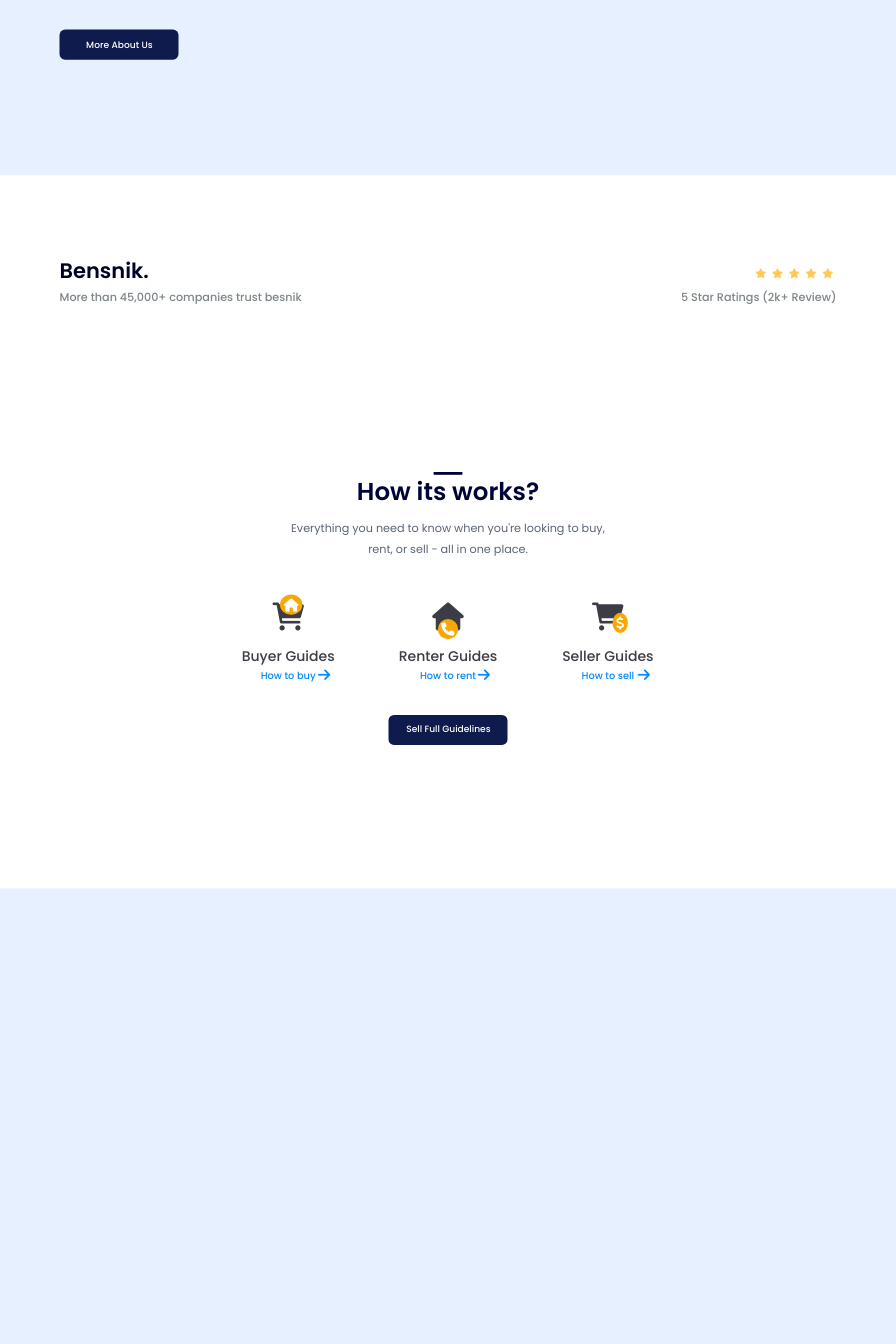
Repository: kauittt/f8-htmlcss-01
Page: index.html
An editor plug-in stored every save of this project. The page is shown before and after the next save, followed by the edit.
The browser window is 1280 px wide. The pictures show the part of the page from y = 486 to 2406 px (the page is 3771 px tall), at 70% of full size.

Above is the page before, as saved 2022-12-31 21:23:46.

### index.html
<!DOCTYPE html>
<html lang="en">
    <head>
        <meta charset="UTF-8" />
        <meta http-equiv="X-UA-Compatible" content="IE=edge" />
        <meta name="viewport" content="width=device-width, initial-scale=1.0" />
        <title>F8-PROJECT-01</title>
        <link rel="preconnect" href="https://cdnjs.cloudflare.com" />
        <link
            rel="stylesheet"
            href="https://cdnjs.cloudflare.com/ajax/libs/font-awesome/6.2.1/css/all.min.css"
        />
        <link rel="stylesheet" href="./assets/css/reset.css" />
        <link rel="stylesheet" href="./assets/fonts/stylesheet.css" />
        <link rel="stylesheet" href="./assets/css/styles.css" />
    </head>
    <body>
        <header id="header" class="colored">
            <div class="content">
                <div class="header-nav">
                    <p class="logo">Bensnik.</p>
                    <ul class="header-nav-list">
                        <li class="header-nav-list__item">Home</li>
                        <li class="header-nav-list__item">Features</li>
                        <li class="header-nav-list__item">Services</li>
                        <li class="header-nav-list__item">Resources</li>
                        <li class="header-nav-list__item">Contact</li>
                    </ul>

                    <div class="header-nav-account">
                        <p class="header-nav-account__general">Sign in</p>
                        <p class="header-nav-account__general btn">Sign up</p>
                    </div>
                </div>

                <div class="header-about">
                    <p class="header-about__welcome">
                        Welcome to Bensnik Agency
                    </p>
                    <h1 class="header-about__heading">
                        Discover a place you'll love to live
                    </h1>
                    <p class="header-about__desc">
                        Get the best real estate deals first, before they hit
                        the mass market! hot foreclosure deals with one simple
                        search
                    </p>
                    <p class="header-about__link btn">More About Us</p>
                </div>
            </div>
        </header>

        <div id="client">
            <div class="content">
                <div class="client-infor">
                    <p class="logo">Bensnik.</p>
                    <div class="client-infor-wrap">
                        <i class="fa-solid fa-star client-infor-wrap__item"></i>
                        <i class="fa-solid fa-star client-infor-wrap__item"></i>
                        <i class="fa-solid fa-star client-infor-wrap__item"></i>
                        <i class="fa-solid fa-star client-infor-wrap__item"></i>
                        <i class="fa-solid fa-star client-infor-wrap__item"></i>
                    </div>
                </div>
                <div class="client-infor">
                    <p class="client-infor__text">
                        More than 45,000+ companies trust besnik
                    </p>
                    <p class="client-infor__text">
                        5 Star Ratings (2k+ Review)
                    </p>
                </div>

                <div class="client-logo">
                    <img src="" alt="" />
                </div>
            </div>
        </div>

        <div id="desc">
            <div class="small-content desc-wrap">
                <div class="desc-heading">
                    <h2 class="desc-heading__title">How its works?</h2>
                    <p class="desc-heading__text">
                        Everything you need to know when you're looking to buy,
                        rent, or sell - all in one place.
                    </p>
                </div>

                <div class="desc-guide">
                    <div class="desc-guide-item">
                        <i
                            class="desc-guide-item__icon fa-solid fa-cart-shopping"
                        >
                        </i>
                        <i
                            class="desc-guide-item__childIcon desc-guide-item__childIcon--topCenter fa-solid fa-house"
                        ></i>
                        <p class="desc-guide-item__name">Buyer Guides</p>
                        <p class="desc-guide-item__instruc">
                            How to buy
                            <i
                                class="desc-guide-item__instruc__icon fa-solid fa-arrow-right"
                            ></i>
                        </p>
                    </div>
                    <div class="desc-guide-item">
                        <i
                            class="desc-guide-item__icon fa-solid fa-house"
                        ></i>
                        <i class="desc-guide-item__childIcon desc-guide-item__childIcon--bottomCenter fa-solid fa-phone"></i>
                        </i>
                        <p class="desc-guide-item__name">Renter Guides</p>
                        <p class="desc-guide-item__instruc">
                            How to rent
                            <i
                                class="desc-guide-item__instruc__icon fa-solid fa-arrow-right"
                            ></i>
                        </p>
                    </div>
                    <div class="desc-guide-item">
                        <i
                            class="desc-guide-item__icon fa-solid fa-cart-shopping"
                        >
                        </i>
                        <i class="desc-guide-item__childIcon item__childIcon--bottomRight fa-solid fa-dollar-sign"></i>

                        <p class="desc-guide-item__name">Seller Guides</p>
                        <p class="desc-guide-item__instruc">
                            How to sell
                            <i
                                class="desc-guide-item__instruc__icon fa-solid fa-arrow-right"
                            ></i>
                        </p>
                    </div>
                </div>

                <p class="desc__link btn">Sell Full Guidelines</p>
            </div>
        </div>

        <div id="feature" class="colored">
            <div class="content"></div>
        </div>

        <div id="news">
            <div class="content"></div>
        </div>

        <footer id="footer">
            <div class="content">
                <div class="nav"></div>
            </div>
        </footer>

        <script src="./assets/js/basic.js"></script>
    </body>
</html>

### assets/css/reset.css
html,
body,
div,
span,
applet,
object,
iframe,
h1,
h2,
h3,
h4,
h5,
h6,
p,
blockquote,
pre,
a,
abbr,
acronym,
address,
big,
cite,
code,
del,
dfn,
em,
img,
ins,
kbd,
q,
s,
samp,
small,
strike,
strong,
sub,
sup,
tt,
var,
b,
u,
i,
center,
dl,
dt,
dd,
ol,
ul,
li,
fieldset,
form,
label,
legend,
table,
caption,
tbody,
tfoot,
thead,
tr,
th,
td,
article,
aside,
canvas,
details,
embed,
figure,
figcaption,
footer,
header,
hgroup,
menu,
nav,
output,
ruby,
section,
summary,
time,
mark,
audio,
video {
    margin: 0;
    padding: 0;
    border: 0;
    font-size: 100%;
    font: inherit;
    vertical-align: baseline;
}
article,
aside,
details,
figcaption,
figure,
footer,
header,
hgroup,
menu,
nav,
section {
    display: block;
}
body {
    line-height: 1;
}
ol,
ul {
    list-style: none;
}
blockquote,
q {
    quotes: none;
}
blockquote:before,
blockquote:after,
q:before,
q:after {
    content: "";
    content: none;
}
table {
    border-collapse: collapse;
    border-spacing: 0;
}

### assets/fonts/stylesheet.css
@font-face {
    font-family: "Poppins";
    src: url("Poppins/Poppins-Bold.woff2") format("woff2"),
        url("Poppins/Poppins-Bold.woff") format("woff");
    font-weight: bold;
    font-style: normal;
    font-display: swap;
}

@font-face {
    font-family: "Poppins";
    src: url("Poppins/Poppins-Black.woff2") format("woff2"),
        url("Poppins/Poppins-Black.woff") format("woff");
    font-weight: 900;
    font-style: normal;
    font-display: swap;
}

@font-face {
    font-family: "Poppins";
    src: url("Poppins/Poppins-BlackItalic.woff2") format("woff2"),
        url("Poppins/Poppins-BlackItalic.woff") format("woff");
    font-weight: 900;
    font-style: italic;
    font-display: swap;
}

@font-face {
    font-family: "Poppins";
    src: url("Poppins/Poppins-BoldItalic.woff2") format("woff2"),
        url("Poppins/Poppins-BoldItalic.woff") format("woff");
    font-weight: bold;
    font-style: italic;
    font-display: swap;
}

@font-face {
    font-family: "Poppins";
    src: url("Poppins/Poppins-ExtraBold.woff2") format("woff2"),
        url("Poppins/Poppins-ExtraBold.woff") format("woff");
    font-weight: bold;
    font-style: normal;
    font-display: swap;
}

@font-face {
    font-family: "Poppins";
    src: url("Poppins/Poppins-ExtraBoldItalic.woff2") format("woff2"),
        url("Poppins/Poppins-ExtraBoldItalic.woff") format("woff");
    font-weight: bold;
    font-style: italic;
    font-display: swap;
}

@font-face {
    font-family: "Poppins";
    src: url("Poppins/Poppins-ExtraLight.woff2") format("woff2"),
        url("Poppins/Poppins-ExtraLight.woff") format("woff");
    font-weight: 200;
    font-style: normal;
    font-display: swap;
}

@font-face {
    font-family: "Poppins";
    src: url("Poppins/Poppins-ExtraLightItalic.woff2") format("woff2"),
        url("Poppins/Poppins-ExtraLightItalic.woff") format("woff");
    font-weight: 200;
    font-style: italic;
    font-display: swap;
}

@font-face {
    font-family: "Poppins";
    src: url("Poppins/Poppins-Italic.woff2") format("woff2"),
        url("Poppins/Poppins-Italic.woff") format("woff");
    font-weight: normal;
    font-style: italic;
    font-display: swap;
}

@font-face {
    font-family: "Poppins";
    src: url("Poppins/Poppins-Light.woff2") format("woff2"),
        url("Poppins/Poppins-Light.woff") format("woff");
    font-weight: 300;
    font-style: normal;
    font-display: swap;
}

@font-face {
    font-family: "Poppins";
    src: url("Poppins/Poppins-LightItalic.woff2") format("woff2"),
        url("Poppins/Poppins-LightItalic.woff") format("woff");
    font-weight: 300;
    font-style: italic;
    font-display: swap;
}

@font-face {
    font-family: "Poppins";
    src: url("Poppins/Poppins-Medium.woff2") format("woff2"),
        url("Poppins/Poppins-Medium.woff") format("woff");
    font-weight: 500;
    font-style: normal;
    font-display: swap;
}

@font-face {
    font-family: "Poppins";
    src: url("Poppins/Poppins-MediumItalic.woff2") format("woff2"),
        url("Poppins/Poppins-MediumItalic.woff") format("woff");
    font-weight: 500;
    font-style: italic;
    font-display: swap;
}

@font-face {
    font-family: "Poppins";
    src: url("Poppins/Poppins-Regular.woff2") format("woff2"),
        url("Poppins/Poppins-Regular.woff") format("woff");
    font-weight: normal;
    font-style: normal;
    font-display: swap;
}

@font-face {
    font-family: "Poppins";
    src: url("Poppins/Poppins-SemiBold.woff2") format("woff2"),
        url("Poppins/Poppins-SemiBold.woff") format("woff");
    font-weight: 600;
    font-style: normal;
    font-display: swap;
}

@font-face {
    font-family: "Poppins";
    src: url("Poppins/Poppins-SemiBoldItalic.woff2") format("woff2"),
        url("Poppins/Poppins-SemiBoldItalic.woff") format("woff");
    font-weight: 600;
    font-style: italic;
    font-display: swap;
}

@font-face {
    font-family: "Poppins";
    src: url("Poppins/Poppins-Thin.woff2") format("woff2"),
        url("Poppins/Poppins-Thin.woff") format("woff");
    font-weight: 100;
    font-style: normal;
    font-display: swap;
}

@font-face {
    font-family: "Poppins";
    src: url("Poppins/Poppins-ThinItalic.woff2") format("woff2"),
        url("Poppins/Poppins-ThinItalic.woff") format("woff");
    font-weight: 100;
    font-style: italic;
    font-display: swap;
}

### assets/css/styles.css
/*! COMMON */
* {
    box-sizing: border-box;
}

html {
    font-size: 62.5%;
}

body {
    font-family: "Poppins", sans-serif;
    font-size: 1.4rem;
    font-weight: 500;
    display: flex;
    flex-direction: column;
}

:root {
    --main-color: #e6f0ff;
}

.colored {
    background-color: var(--main-color);
}

.content {
    max-width: 111rem;
    margin: 0 auto;
}

.small-content {
    max-width: 68.5rem;
    margin: 0 auto;
}

.logo {
    color: #000228;
    font-weight: 600;
    font-size: 3rem;
}

/*! HEADER */
#header {
    height: 73.6rem;
}

.header-nav {
    display: flex;
    margin-top: 38px;
    height: 4rem;
    justify-content: space-between;
    align-items: center;
}

.header-nav-list {
    display: flex;
    margin-left: -206px;
}

.header-nav-list__item {
    color: #4f5361;
}

.header-nav-list__item + .header-nav-list__item {
    margin-left: 28px;
}

.header-nav-account {
    display: flex;
}

.header-nav-account__general {
    padding: 9px 22px 10px 23px;
    color: #0f1b4c;
}

/*! BUTTONN */
.btn {
    display: inline-block;
    border-radius: 8px;
    color: #fff;
    background-color: #0f1b4c;
    align-items: center;
}
/*!  */

.header-about {
    margin-top: 138px;
    max-width: 55.9rem;
}

.header-about__welcome {
    font-size: 1.8rem;
    color: #687690;
}

.header-about__heading {
    font-size: 6.4rem;
    font-weight: 700;
    line-height: 7.6rem;
    margin: 8px 0 30px 0;
    color: #000336;
}

.header-about__desc {
    font-size: 1.8rem;
    line-height: 3.2rem;
    font-weight: 400;
    color: #5a6473;
}

.header-about__link {
    font-size: 1.3rem;
    padding: 15px 37px 15px 38px;
    margin-top: 40px;
}

/*! LOGO */
#client {
    height: 31.2rem;
    margin-top: 122px;
}

.client-infor {
    display: flex;
    justify-content: space-between;
    align-items: center;
}

.client-infor + .client-infor {
    margin-top: 15px;
}

.client-infor-wrap__item {
    display: inline-block;
    width: 2.03rem;
    height: 1.885rem;
    color: #ffca56;
    line-height: 3rem;
}

.client-infor__text {
    font-size: 1.6rem;
    color: #7d8589;
}

.client-logo {
}

/*! DESCRIPTION */
#desc {
    height: 58.5rem;
}

.desc-wrap {
    text-align: center;
}

.desc-heading {
    max-width: 45rem;
    margin: 0 auto;
    display: flex;
    flex-direction: column;
}

.desc-heading__title {
    font-size: 3.5rem;
    font-weight: 600;
    color: #000339;
    position: relative;
}

.desc-heading__title::before {
    content: "";
    display: block;
    position: absolute;

    width: 4.1rem;
    height: 0.4rem;
    background-color: #000339;

    left: 50%;
    top: -1rem;
    transform: translateX(-50%);
}

.desc-heading__text {
    font-size: 1.6rem;
    font-weight: 400;
    line-height: 3rem;
    margin-top: 2rem;
    color: #5a6473;
}

.desc-guide {
    display: flex;
    margin-top: 62px;
    margin-bottom: 50px;
}

.desc-guide-item {
    width: calc(100% / 3);
    position: relative;
}

.desc-guide-item__icon {
    color: #3b3c45;
    font-size: 4rem;
}

.desc-guide-item__childIcon {
    position: absolute;
    font-size: 1.9rem;
}

.desc-guide-item__childIcon--topCenter {
    left: 45%;
    top: -1.2rem;
    padding: 0.5rem;
    color: white;
    background: #f7a804;
    border-radius: 50%;
}

.desc-guide-item__childIcon--bottomCenter {
    left: 50%;
    transform: translateX(-50%);
    bottom: 5.8rem;
    padding: 0.5rem;
    color: white;
    background: #f7a804;
    border-radius: 50%;
}

.item__childIcon--bottomRight {
    left: 53%;
    bottom: 67px;
    background: #f7a804;
    color: white;
    padding: 0.5rem;
    border-radius: 50%;
}

.desc-guide-item__name {
    font-size: 2rem;
    color: #3b3c45;
    margin-top: 26px;
    margin-bottom: 10px;
}

.desc-guide-item__instruc {
    font-size: 1.4rem;
    color: #0689ff;
    position: relative;
}

.desc-guide-item__instruc__icon {
    position: absolute;
    font-size: 2rem;
    top: 50%;
    transform: translateY(-50%);
    right: 5.4rem;
}

.desc__link {
    padding: 14px 24px 16px 25px;
    font-size: 1.3rem;
}

/*! FEATURE */
#feature {
    height: 158.7rem;
}

/*! NEWS */
#new {
    height: 40.9rem;
}

/*! FOOTER */
#footer {
    height: 42.9rem;
}

Loaded but not shown: assets/js/basic.js (no copy from this time; the picture is the same without it)

After the next save:
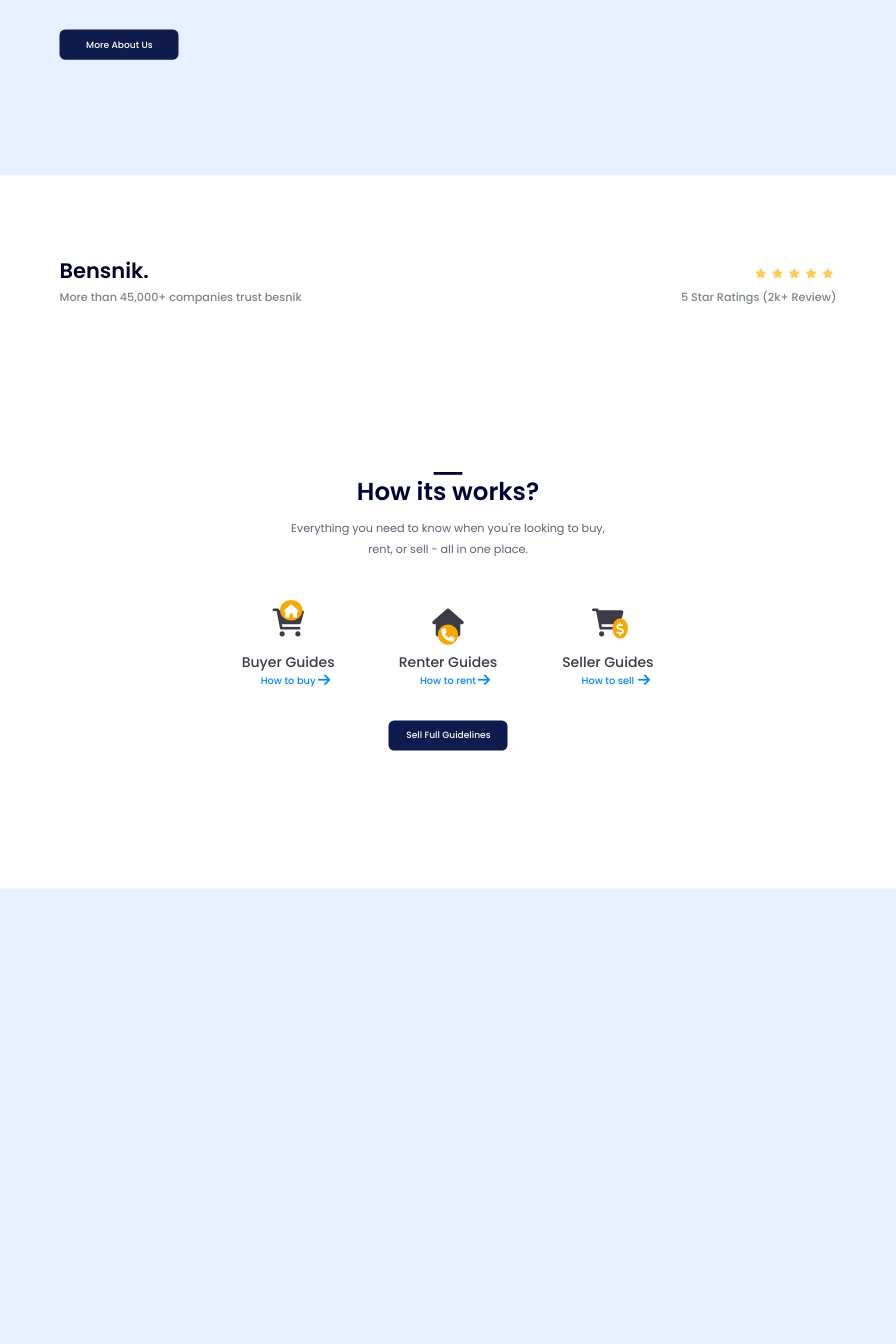
Saved 80 s later.
--- a/assets/css/styles.css
+++ b/assets/css/styles.css
@@ -194,7 +194,7 @@ body {
 
 .desc-guide {
     display: flex;
-    margin-top: 62px;
+    margin-top: 70px;
     margin-bottom: 50px;
 }
 
